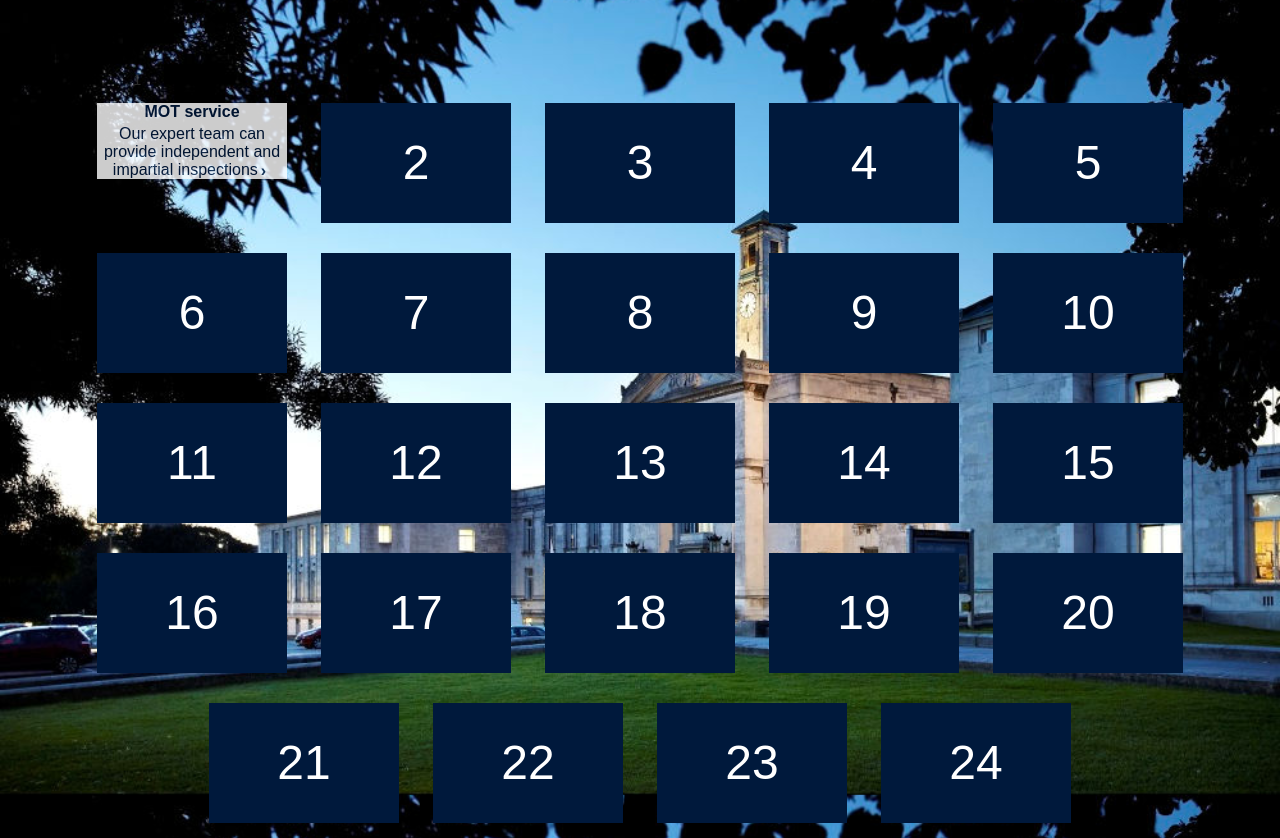
Repository: Domehead123/advent
Page: index.html
The author's editor kept a record of every edit. The page is drawn from the files as they stood at one moment, then again after the next edit.
The browser window is 1280 px wide. The pictures show the whole page.

Above is the page before.

### index.html
<!DOCTYPE html>
<html lang="en">
<head>
    <meta charset="UTF-8">
    <meta name="viewport" content="width=device-width, initial-scale=1.0">
    <meta http-equiv="X-UA-Compatible" content="ie=edge">
    <link rel="stylesheet" href="style.css" type="text/css" />
    <title>Document</title>
</head>
<body>
    <div class="window-wrapper">

        <div class="window-open"><a href="https://www.southampton.gov.uk/roads-parking/highway/mot/"></span><span class="window-header">MOT service</span>
        <span class="abstract">Our expert team can provide independent and impartial inspections</span><span class="day">1</span></a></div>


        <div class="window-closed">2</div>
        <div class="window-closed">3</div>
        <div class="window-closed">4</div>
        <div class="window-closed">5</div>
        <div class="window-closed">6</div>
        <div class="window-closed">7</div>
        <div class="window-closed">8</div>
        <div class="window-closed">9</div>
        <div class="window-closed">10</div>
        <div class="window-closed">11</div>
        <div class="window-closed">12</div>
        <div class="window-closed">13</div>
        <div class="window-closed">14</div>
        <div class="window-closed">15</div>
        <div class="window-closed">16</div>
        <div class="window-closed">17</div>
        <div class="window-closed">18</div>
        <div class="window-closed">19</div>
        <div class="window-closed">20</div>
        <div class="window-closed">21</div>
        <div class="window-closed">22</div>
        <div class="window-closed">23</div>
        <div class="window-closed">24</div>
    </div>
</body>
</html>

### style.css
body {
    background-image: url("images/civic-centre-2.jpg");
    background-size: cover;
    background-position: center;
    height: 100vh;
}

.window-wrapper {
    padding: 80px 50px 0 50px;
    text-align: center;
}

.window-open  {
    background: #fff;
    color: #00193c;
    opacity: 0.8;
    width: 190px;
    height: 120px;
    display: inline-block;
    vertical-align: top;
    margin: 15px;
    text-align: center;
    font-family: "franklin-gothic-urw",sans-serif;
    transition: 0.4s all;
}

.window-closed {
    font-size: 3em;
    text-align: center;
    font-family: "franklin-gothic-urw",sans-serif;
    line-height: 120px;
    width: 190px;
    height: 120px;
    display: inline-block;
    background-color: #00193c;
    color: #fff;
    margin: 15px;
}


.window-open  {
    background: #fff;
    height: 100%;



}

.window-open:hover {
   background: #ddd;
}

.day {
    display: inline-block;
    position: relative;
    top: -90px;
    left: -130px;
    color: #333;
    font-size: 0.9em;
    text-decoration: none;
}

.window-open a {
    text-decoration: none;
    color: #00193c;
    transition: 0.4s all;
}

.window-open:hover a {
    text-decoration: underline;
}

.window-header {

font-weight: bold;
margin: 0 0 4px 0;
display: block;
}

.abstract::after {
content: "\203A";
display: inline-block;
text-decoration: none;
font-weight: bold;
line-height: 0;
position: relative;
top: 1px;
left: 3px;
}

After the next edit:
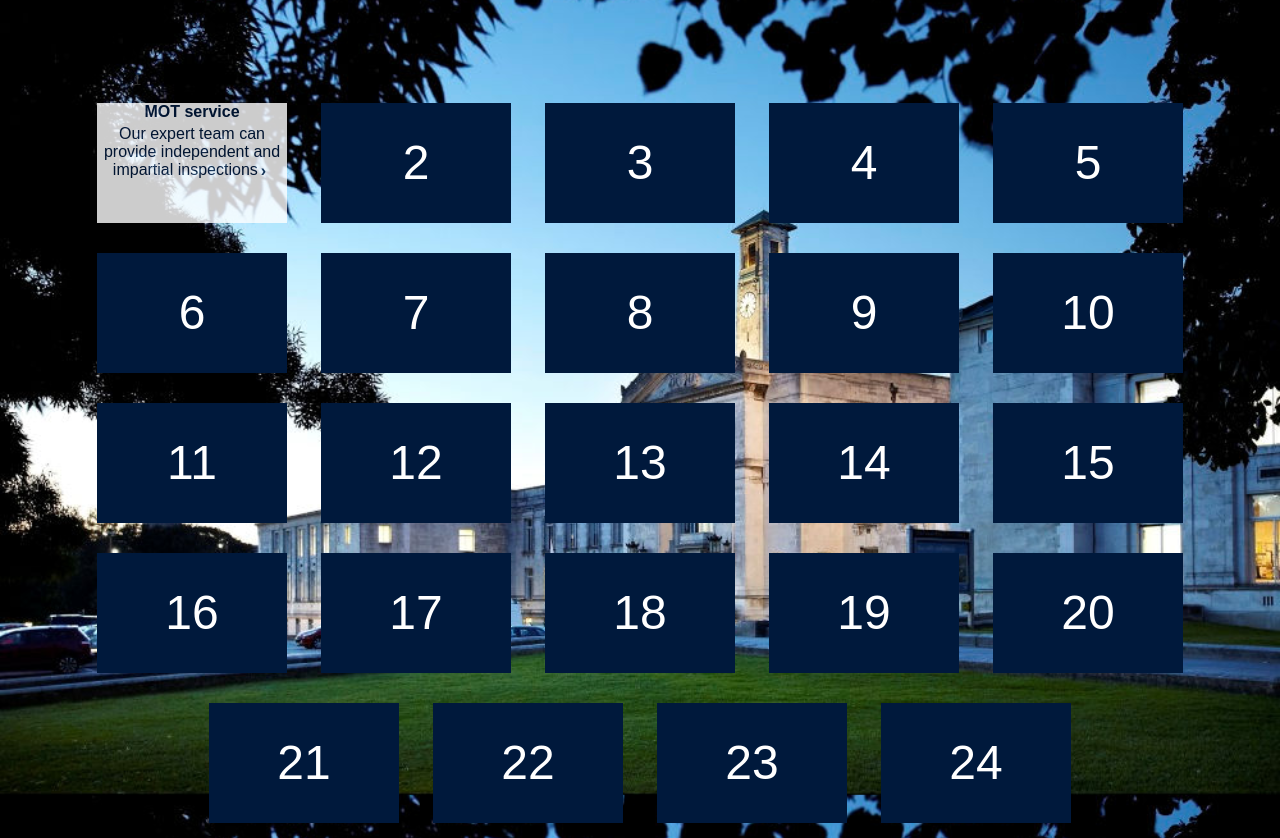
The edit:
--- a/style.css
+++ b/style.css
@@ -35,15 +35,6 @@
     background-color: #00193c;
     color: #fff;
     margin: 15px;
-}
-
-
-.window-open  {
-    background: #fff;
-    height: 100%;
-
-
-
 }
 
 .window-open:hover {
